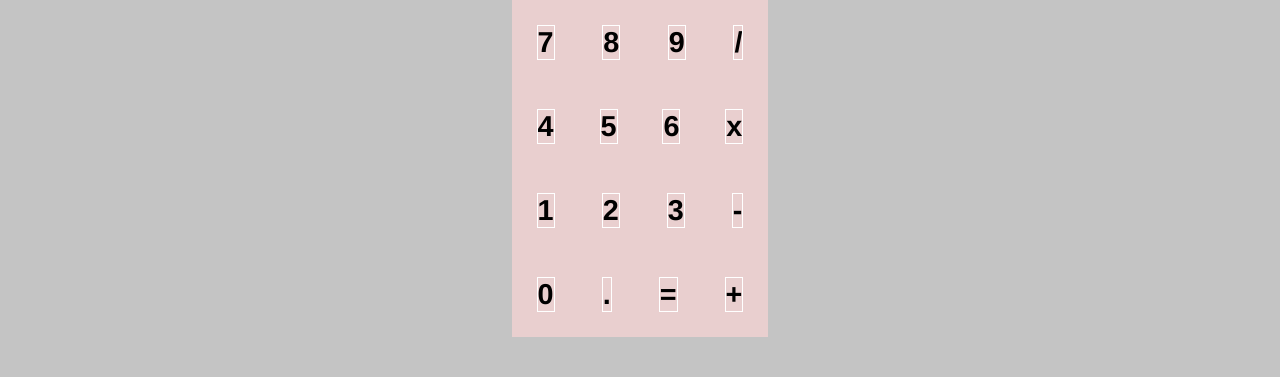
Repository: raulpenate/Calculadora-VUE3
Page: /
An editor plug-in stored every save of this project. The page is shown before and after a run of saves, followed by the edit.
The browser window is 1280 px wide. The pictures show the whole page.
The project was rebuilt for these pictures with package versions that can differ from the ones it lists, and the page was loaded fresh each time. Also part of the build but not shown: src/components/HelloWorld.vue.

Above is the page before, as saved 2022-03-11 08:29:04.

### src/App.vue
<template>
  <HelloWorld msg="Welcome to Your Vue.js App"/>
  <Calculator/>
</template>

<script>
import HelloWorld from './components/HelloWorld.vue'
import Calculator from './components/Calculator.vue'

export default {
  name: 'App',
  components: {
    Calculator
  }
}
</script>

<style>
#app {
  font-family: Avenir, Helvetica, Arial, sans-serif;
  -webkit-font-smoothing: antialiased;
  -moz-osx-font-smoothing: grayscale;
}
</style>

### src/components/Calculator.vue
<template>
  <div class="carcasa">
    <div class="pantalla"></div>
    <div class="fila">
        <div class="boton">7</div>
        <div class="boton">8</div>
        <div class="boton">9</div>
        <div class="boton">/</div>
    </div>
    <div class="fila">
        <div class="boton">4</div>
        <div class="boton">5</div>
        <div class="boton">6</div>
        <div class="boton">x</div>
    </div>
    <div class="fila">
        <div class="boton">1</div>
        <div class="boton">2</div>
        <div class="boton">3</div>
        <div class="boton">-</div>
    </div>
    <div class="fila">
        <div class="boton">0</div>
        <div class="boton">.</div>
        <div class="boton">=</div>
        <div class="boton">+</div>
    </div>
  </div>
</template>

<script>
export default {};
</script>

<style>
*{
    padding: 0;
    margin: 0;
    box-sizing: border-box;
}

body{
    background: #c4c4c4;
    margin: auto 40%;
}

.carcasa{
    background: rgb(233, 207, 207);
    display: flex;
    flex-flow: wrap column;
}

.fila{
    font-weight: bold;
    font-size: 4vh;
    display: flex;
    flex-flow: wrap row;
    justify-content: space-between;
    padding: 10%;
}

.boton{
        outline: 1px solid #fff;
}

</style>

Loaded but not shown: public/index.html (common file); src/main.js (common file)

After the next 2 saves:
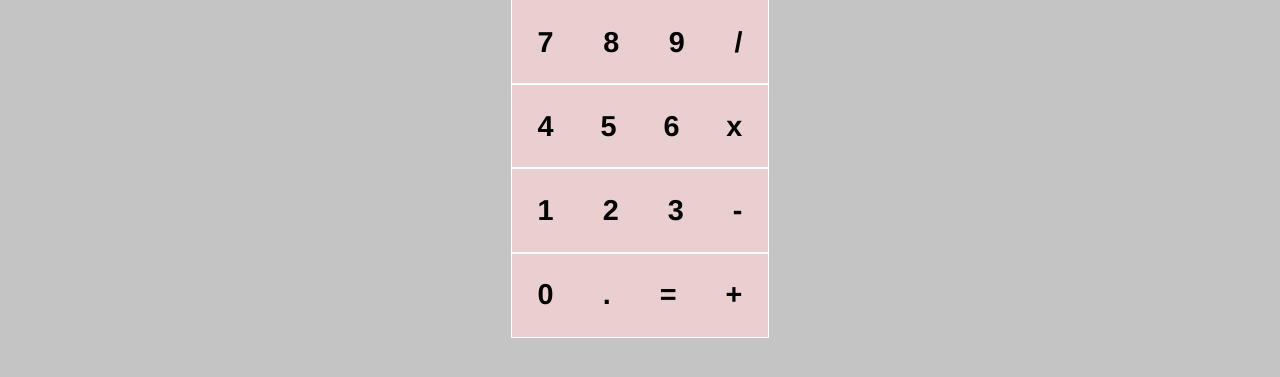
The 2 saves are shown as one change because they came seconds apart.
The last was saved 7 s later.
--- a/src/components/Calculator.vue
+++ b/src/components/Calculator.vue
@@ -51,6 +51,7 @@ body{
 }
 
 .fila{
+    outline: 1px solid #fff;
     font-weight: bold;
     font-size: 4vh;
     display: flex;
@@ -59,8 +60,5 @@ body{
     padding: 10%;
 }
 
-.boton{
-        outline: 1px solid #fff;
-}
 
 </style>
